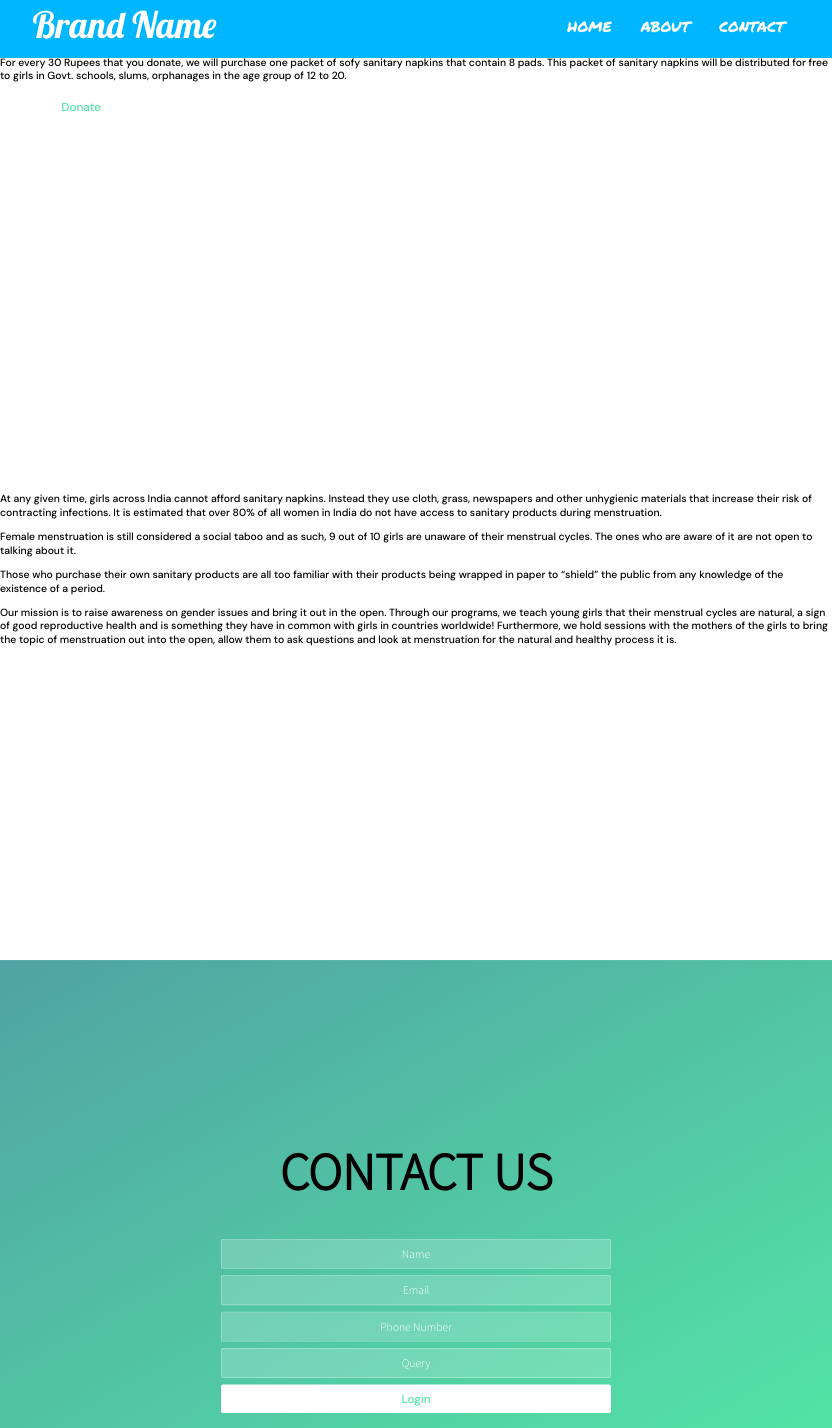
Repository: Jrap-bit/PeriodofSharing
Page: index.html
The author's editor kept a copy of each file at every save. The page is drawn from the files as they stood at one save, then again after the next save.
The browser window is 1280 px wide. The pictures show the whole page, at 65% of full size.

Above is the page before, as saved 2022-01-15 13:15:33.

### index.html
<!DOCTYPE html>
<html lang="en">
  <head>
    <meta charset="UTF-8" />
    <meta http-equiv="X-UA-Compatible" content="IE=edge" />
    <meta name="viewport" content="width=device-width, initial-scale=1.0" />
    <link rel="stylesheet" href="style.css" />
    <title>#PeriodofSharing</title>
  </head>
  <body>
    <nav class="navbar">
      <div class="brand-title">Brand Name</div>
      <a href="#" class="toggle-button">
        <span class="bar"></span>
        <span class="bar"></span>
        <span class="bar"></span>
      </a>
      <div class="navbar-links">
        <ul>
          <li><a href="#Home">HOME</a></li>
          <li><a href="#About">ABOUT</a></li>
          <li><a href="#Contact">CONTACT</a></li>
        </ul>
      </div>
    </nav>
    <div id="Home" class="home">
      <h1>#PeriodofSharing</h1>
      <p>
        For every 30 Rupees that you donate, we will purchase one packet of sofy
        sanitary napkins that contain 8 pads. This packet of sanitary napkins
        will be distributed for free to girls in Govt. schools, slums,
        orphanages in the age group of 12 to 20.
      </p>
      <div>
        <a href="Donate.html"><button class="donate-button">Donate</button></a>
      </div>
    </div>
    <div id="About" class="about">
      <p>
        At any given time, girls across India cannot afford sanitary napkins.
        Instead they use cloth, grass, newspapers and other unhygienic materials
        that increase their risk of contracting infections. It is estimated that
        over 80% of all women in India do not have access to sanitary products
        during menstruation.
      </p>
      <p>
        Female menstruation is still considered a social taboo and as such, 9
        out of 10 girls are unaware of their menstrual cycles. The ones who are
        aware of it are not open to talking about it.
      </p>
      <p>
        Those who purchase their own sanitary products are all too familiar with
        their products being wrapped in paper to “shield” the public from any
        knowledge of the existence of a period.
      </p>
      <p>
        Our mission is to raise awareness on gender issues and bring it out in
        the open. Through our programs, we teach young girls that their
        menstrual cycles are natural, a sign of good reproductive health and is
        something they have in common with girls in countries worldwide!
        Furthermore, we hold sessions with the mothers of the girls to bring the
        topic of menstruation out into the open, allow them to ask questions and
        look at menstruation for the natural and healthy process it is.
      </p>
    </div>
    <div class="contact" id="Contact">
      <div class="wrapper">
        <div class="container">
          <form class="form">
            <h1 class="form-header">CONTACT US</h1>
            <input type="text" placeholder="Name" />
            <input type="text" placeholder="Email" />
            <input type="text" placeholder="Phone Number" />
            <input type="text" placeholder="Query" />
            <button type="submit" id="login-button">Login</button>
          </form>
        </div>
      </div>
    </div>
  </body>
</html>

### style.css
@import url('https://fonts.googleapis.com/css2?family=DM+Sans:wght@500&display=swap');
@import url('https://fonts.googleapis.com/css2?family=Bebas+Neue&family=Lobster&family=Permanent+Marker&display=swap');
@import url('https://fonts.googleapis.com/css?family=Source+Sans+Pro:200,300');


* {
    box-sizing: border-box;
    font-family: 'DM Sans', sans-serif;
    font-weight: 300;
}

body {
    margin: 0;
    padding: 0;
    font-family: 'Source Sans Pro', sans-serif;
	 color: black;
	 font-weight: 300;
}

body ::-webkit-input-placeholder {
    font-family: 'Source Sans Pro', sans-serif;
    color: white;
    font-weight: 300;
}
body :-moz-placeholder {
    font-family: 'Source Sans Pro', sans-serif;
    color: white;
    opacity: 1;
    font-weight: 300;
}
body ::-moz-placeholder {
    font-family: 'Source Sans Pro', sans-serif;
    color: white;
    opacity: 1;
    font-weight: 300;
}
body :-ms-input-placeholder {
    font-family: 'Source Sans Pro', sans-serif;
    color: white;
    font-weight: 300;
}
.wrapper {
    background: #50a3a2;
    background: -webkit-linear-gradient(top left,#50a3a2 0%,#53e3a6 100%);
    background: -moz-linear-gradient(top left,#50a3a2 0%,#53e3a6 100%);
    background: -o-linear-gradient(top left,#50a3a2 0%,#53e3a6 100%);
    background: linear-gradient(to bottom right,#50a3a2 0%,#53e3a6 100%);
    position: absolute;
    left: 0;
    width: 100%;
    height: 100vh;
    overflow: hidden;
}
.wrapper.form-success .container h1 {
    transform: translateY(85px);
}
.container {
    max-width: 600px;
    margin: 0 auto;
    padding: 80px 0;
    height: 400px;
    text-align: center;
}
/* .container h1 {
    font-size: 40px;
    transition-duration: 1s;
    transition-timing-function: ease-in-put;
    font-weight: 200;
} */

.form-header{
    font-family: 'Source Sans Pro', sans-serif;
    font-weight: 600;
    font-size: 5rem;
}

form {
    margin-top: 20%;
    padding: 20px 0;
    position: relative;
    z-index: 2;
}
form input {
    display: block;
    appearance: none;
    outline: 0;
    border: 1px solid rgba(255,255,255,0.4);
    background-color: rgba(255,255,255,0.2);
    width: 100%;
    border-radius: 3px;
    padding: 10px 15px;
    margin: 0 auto 10px auto;
    text-align: center;
    font-size: 18px;
    color: white;
    transition-duration: 0.25s;
    font-weight: 300;
}
form input:hover {
    background-color: rgba(255,255,255,0.4);
}
form input:focus {
    background-color: white;
    width: 120%;
    color: #53e3a6;
}
form button {
    appearance: none;
    outline: 0;
    background-color: white;
    border: 0;
    padding: 10px 15px;
    color: #53e3a6;
    border-radius: 3px;
    width: 100%;
    cursor: pointer;
    font-size: 18px;
    transition-duration: 0.25s;
}
form button:hover {
    background-color: #f5f7f9;
}

html{
    scroll-behavior: smooth;
}

.donate-button{
    appearance: none;
    outline: 0;
    background-color: white;
    border: 0;
    padding: 10px 15px;
    color: #53e3a6;
    border-radius: 3px;
    width: 250px;
    cursor: pointer;
    font-size: 18px;
    transition-duration: 0.25s;
}
.donate-button:hover{
    background-color: #f5f7f9;
}

.navbar{
    display: flex;
    justify-content: space-between;
    align-items: center;
    background-color: rgb(0, 183, 255);
    color: white;
    width: 100%;
    margin-top: -30px;
    position: fixed;
}

.brand-title{
    font-family: 'Lobster', cursive;
    font-size: 3.5rem;
    margin: 10px 50px;
    margin-bottom: 15px;

}

.navbar-links ul{
    margin: 10px 50px 10px 50px;
    display: flex;
}

.navbar-links li {
    font-family: 'Permanent Marker', cursive;
    font-weight: bold;
    list-style: none;
    font-size: 1.4rem;

}

.navbar-links li a{
    font-family: 'Permanent Marker', cursive;
    text-decoration: none;
    color: white;
    padding: 1.4rem;
    display: block;
}

.navbar-links li:hover{
    background-color: rgb(1, 54, 75);
}

.toggle-button {
    position: absolute;
    top: .75rem;
    right: 1rem;
    display: none;
    flex-direction: column;
    justify-content: space-between;
    width: 30px;
    height: 21px;
}

.toggle-button .bar{
    height: 3px;
    width: 100%;
    background-color: white;
    border-radius: 10px;
}
.about{
    height: 100vh;

}

.home{
    height: 100vh;
}

@media (max-width: 800px) {
    .toggle-button{
        display: flex;
    }
    .navbar-links{
        display: none;
        width: 100%;
    }

    .navbar{
        flex-direction: column;
        align-items: flex-start;
    }

    .navbar-links ul {
        flex-direction: column;
        width: 100%;

    }

    .navbar-links li{
        text-align: center;
    }

    .navbar-links li a{
        padding: 0.5rem 1rem;
    }

    .navbar-links.active{
        display: flex;
    }

    .toggle-button:hover{
        background-color: #666;
    }
}

After the next save:
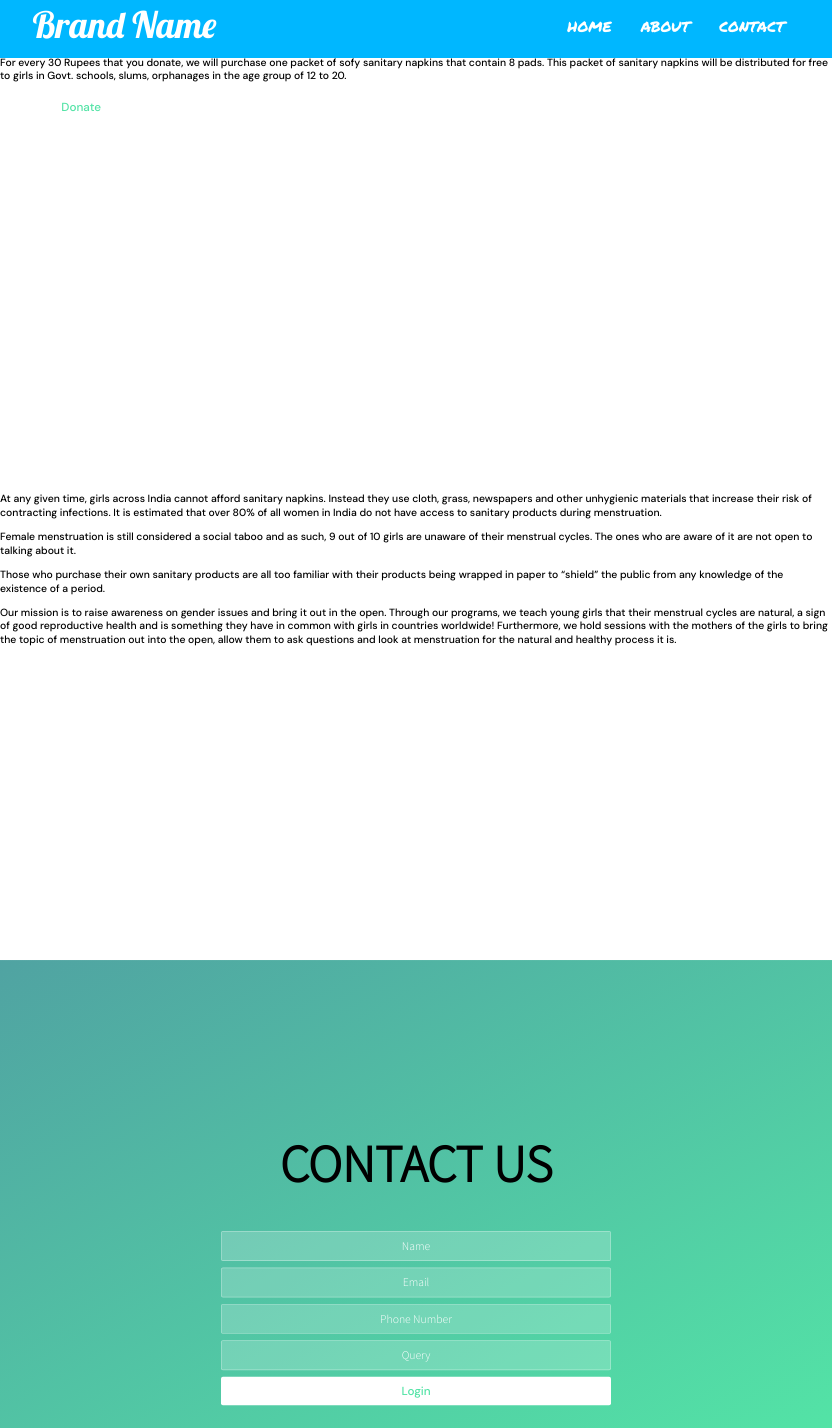
Saved 8 s later.
--- a/style.css
+++ b/style.css
@@ -75,7 +75,7 @@ body :-ms-input-placeholder {
 }
 
 form {
-    margin-top: 20%;
+    margin-top: 18%;
     padding: 20px 0;
     position: relative;
     z-index: 2;
